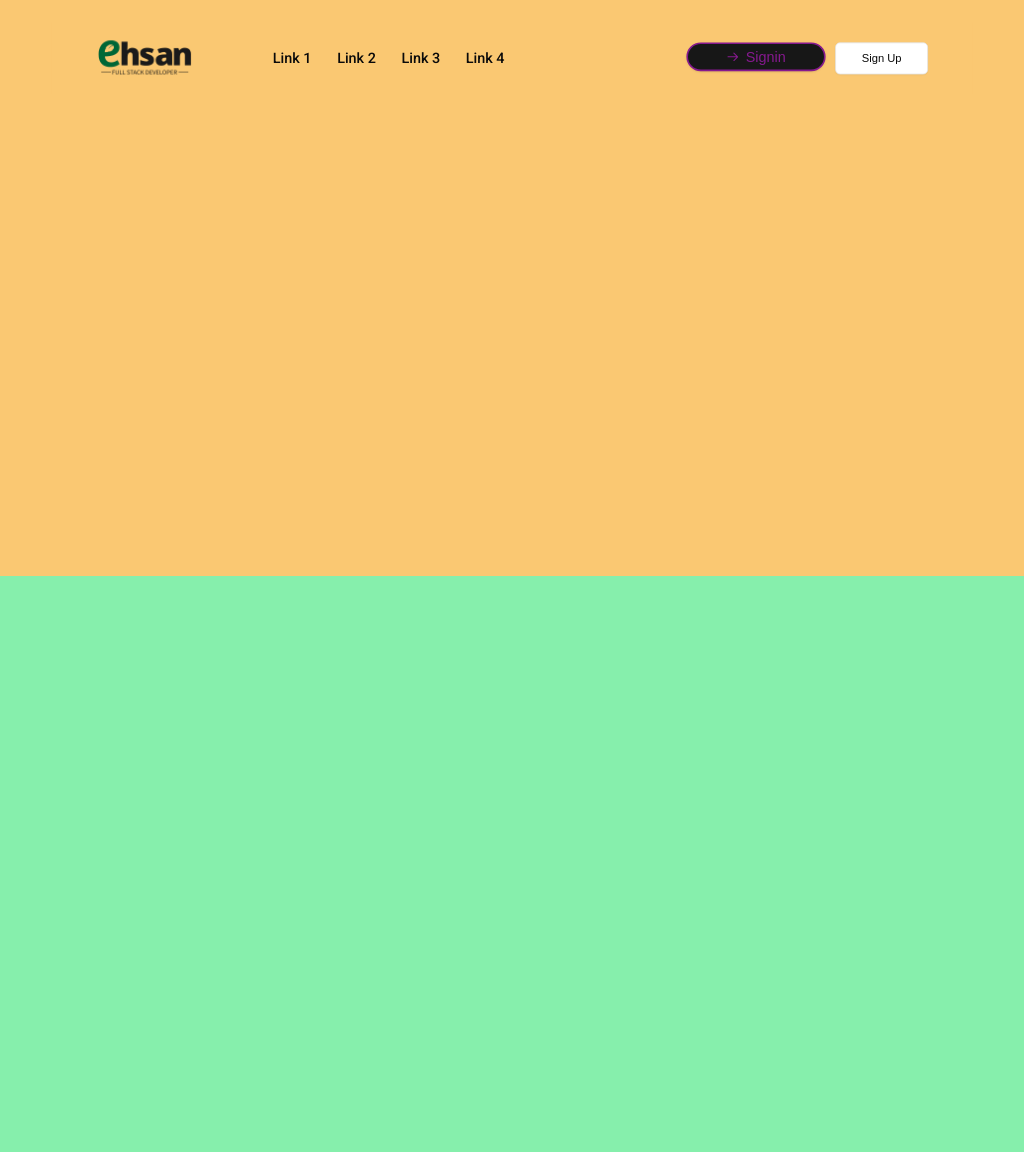
Repository: FrontendProjectsNL/mijn-portfolio-project
Page: /exercise
The author's editor kept a copy of each file at every save. The page is drawn from the files as they stood at one save, then again after a run of saves.
The browser window is 1280 px wide. The pictures show the whole page, at 80% of full size.
The project was rebuilt for these pictures with package versions that can differ from the ones it lists, and the page was loaded fresh each time. The framework's server and built-in components were replaced by stand-ins that run in the browser. Also part of the build but not shown: next.config.mjs.

Above is the page before, as saved 2024-10-25 12:58:51.

After the next 2 saves:
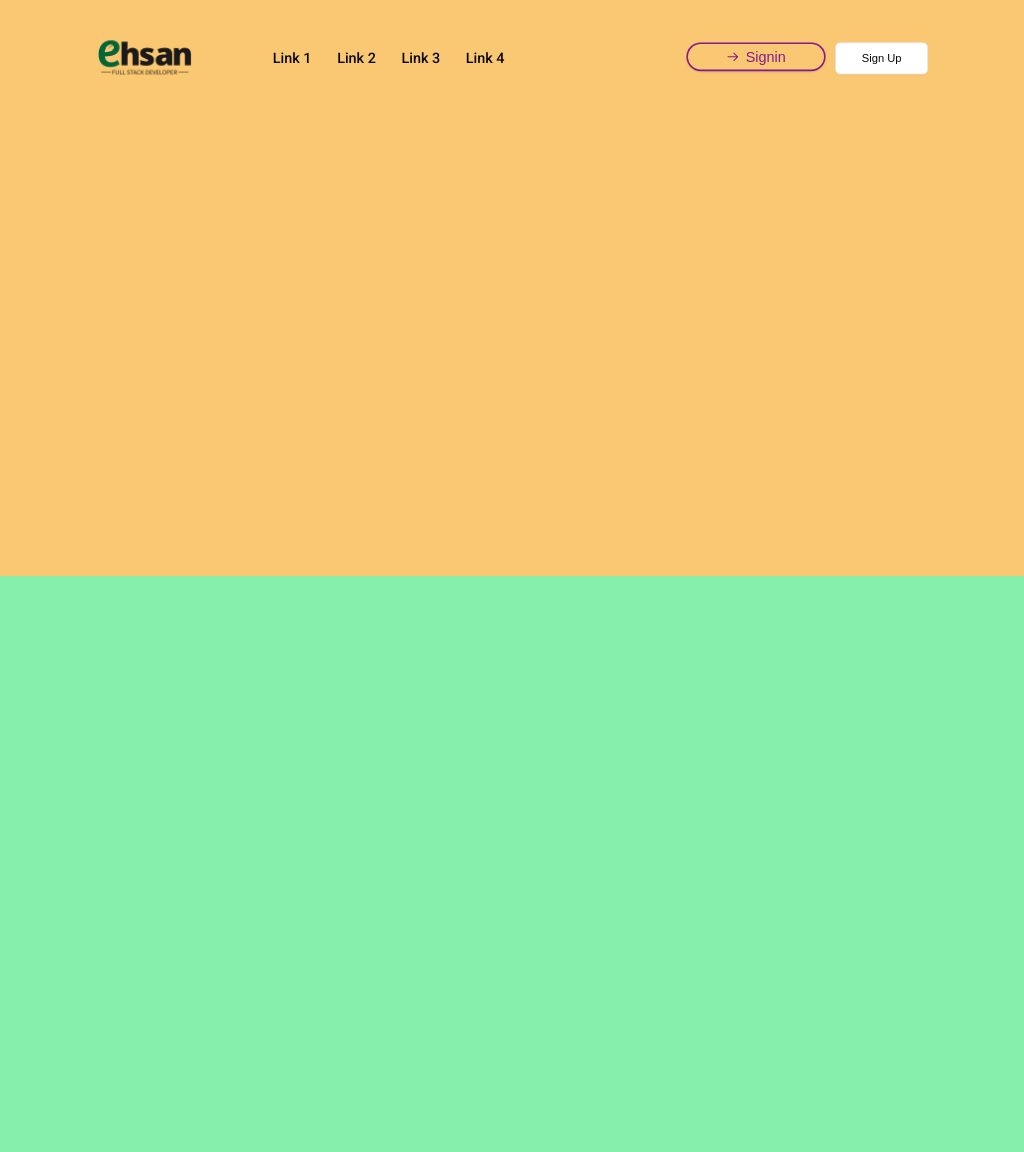
The 2 saves are shown as one change because they came seconds apart.
The last was saved 21 s later.
--- a/app/exercise/page.tsx
+++ b/app/exercise/page.tsx
@@ -81,7 +81,7 @@
           </ul>
         </div>
         <div className="flex gap-3">
-          <Button className="group relative inline-flex items-center overflow-hidden rounded-full border-2 border-fuchsia-800 px-12 py-3 text-lg font-medium text-fuchsia-800 hover:bg-gray-50 hover:text-white">
+          <Button className="group relativ bg-transparent inline-flex items-center overflow-hidden rounded-full border-2 border-fuchsia-800 px-12 py-3 text-lg font-medium text-fuchsia-800 hover:bg-gray-50 hover:text-white">
             <span className="duration-400 ease absolute left-0 top-1/2 block h-0 w-full bg-fuchsia-800 opacity-100 transition-all group-hover:top-0 group-hover:h-full"></span>
             <span classname="ease absolute right-0 flex h-10 w-10 translate-x-full transform items-center justify-start duration-500 group-hover:-translate-x-2">
               <svg

After the save that followed:
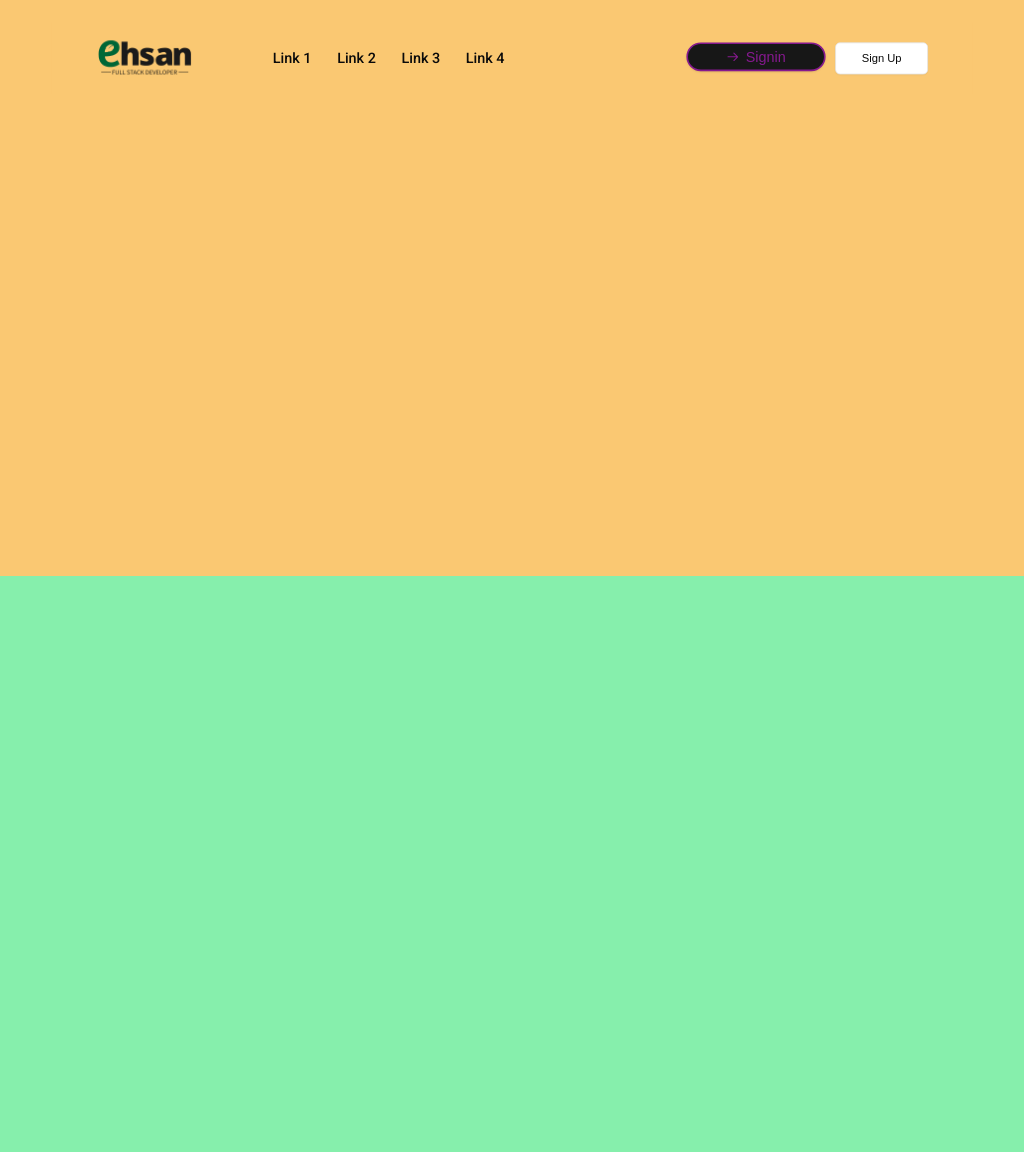
Saved 15 s later.
--- a/app/exercise/page.tsx
+++ b/app/exercise/page.tsx
@@ -81,7 +81,7 @@
           </ul>
         </div>
         <div className="flex gap-3">
-          <Button className="group relativ bg-transparent inline-flex items-center overflow-hidden rounded-full border-2 border-fuchsia-800 px-12 py-3 text-lg font-medium text-fuchsia-800 hover:bg-gray-50 hover:text-white">
+          <Button className="group relativ  inline-flex items-center overflow-hidden rounded-full border-2 border-fuchsia-800 px-12 py-3 text-lg font-medium text-fuchsia-800 hover:bg-gray-50 hover:text-white">
             <span className="duration-400 ease absolute left-0 top-1/2 block h-0 w-full bg-fuchsia-800 opacity-100 transition-all group-hover:top-0 group-hover:h-full"></span>
             <span classname="ease absolute right-0 flex h-10 w-10 translate-x-full transform items-center justify-start duration-500 group-hover:-translate-x-2">
               <svg
